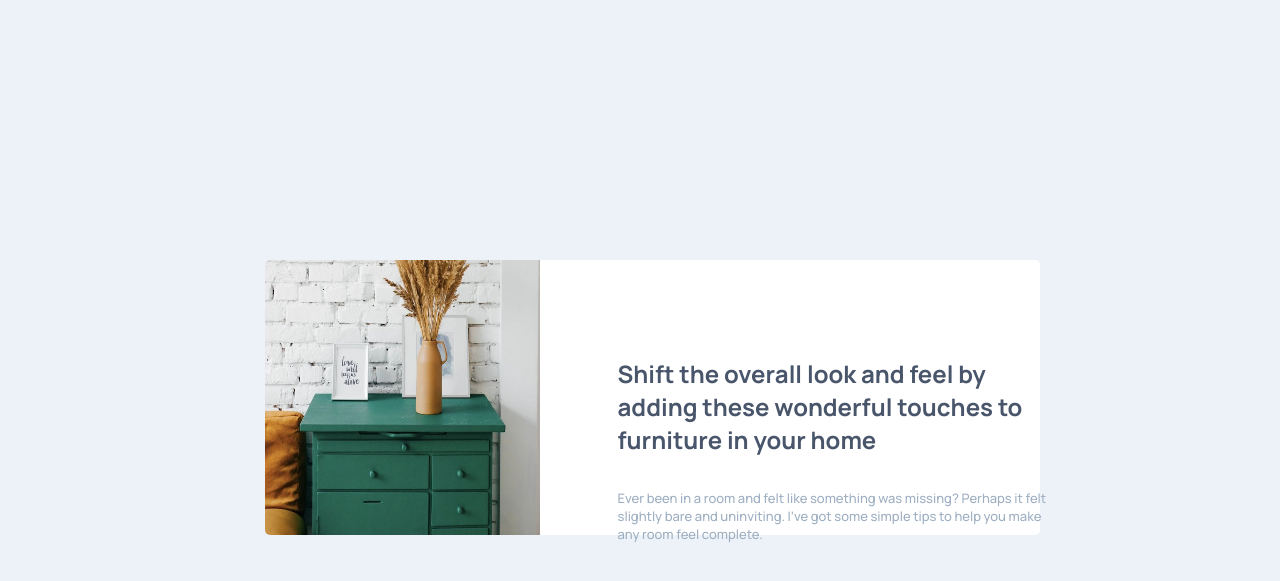
Repository: ricky603/training-css
Page: article-preview-component-master/index.html
These files come from the project's save history. The page is drawn as it stood at one moment and after the next save; the edit follows.
The browser window is 1280 px wide. The pictures show the whole page.

Above is the page before, as saved 2020-09-09 08:49:52.

After the next save:
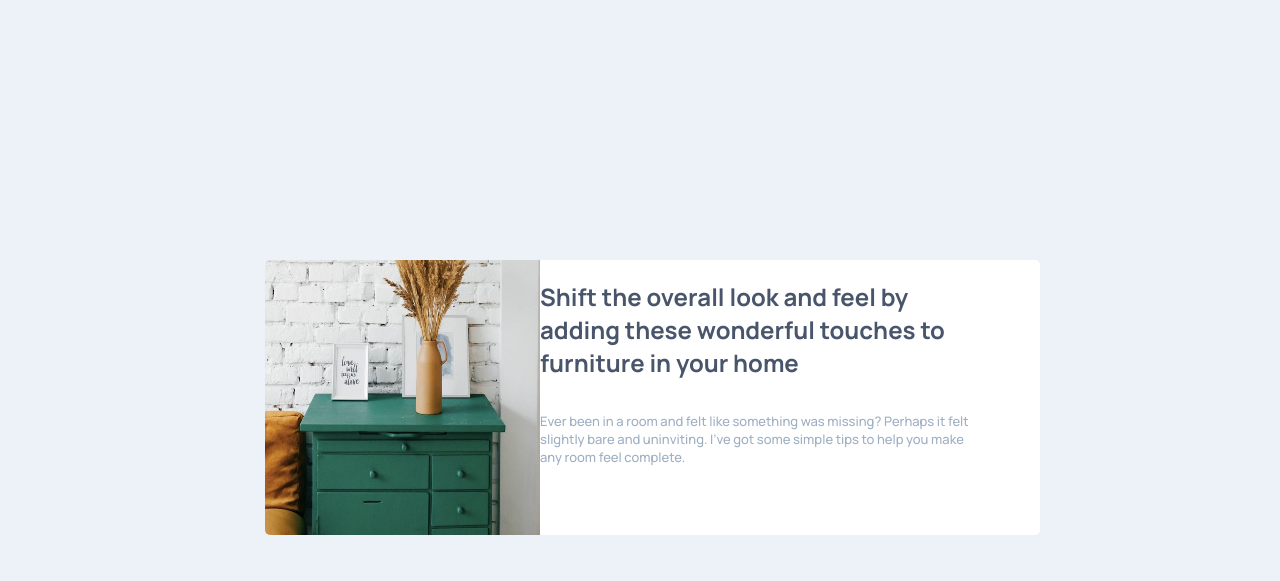
Saved 13 s later.
--- a/article-preview-component-master/styles.css
+++ b/article-preview-component-master/styles.css
@@ -15,7 +15,7 @@ h2 {
     position: absolute;
     width: 57%;
     display: inline-block;
-    padding: 10%;
+    padding-right: 5%;
 }
 
 .body {
